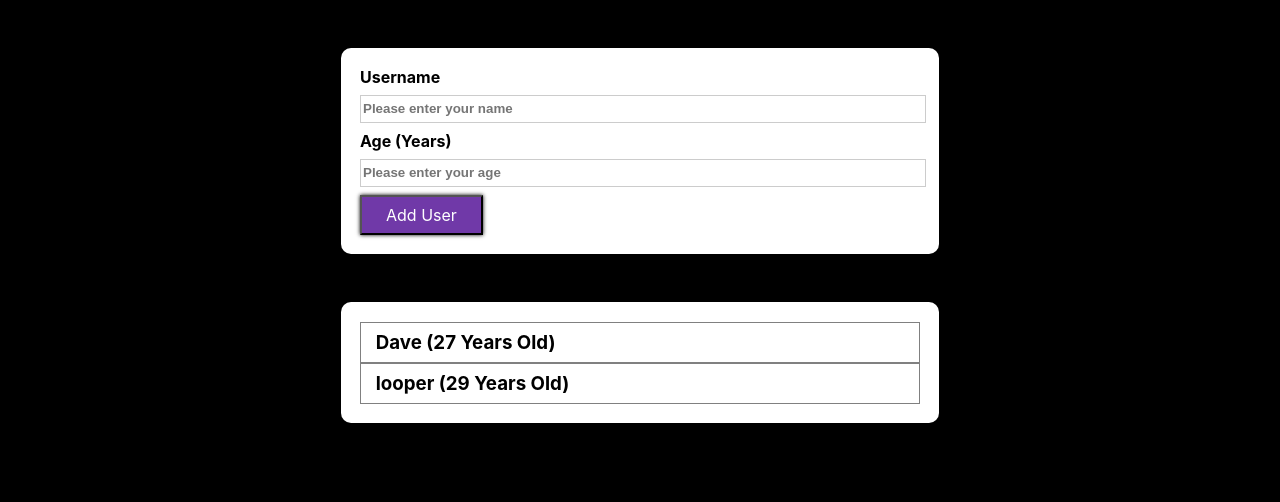
Repository: NamalPathirana/section-eight
Page: /
These files come from the project's save history. The page is drawn as it stood at one moment and after the next save; the edit follows.
The browser window is 1280 px wide. The pictures show the whole page.
The project was rebuilt for these pictures with package versions that can differ from the ones it lists, and the page was loaded fresh each time.

Above is the page before, as saved 2021-11-26 06:19:15.

After the next save:
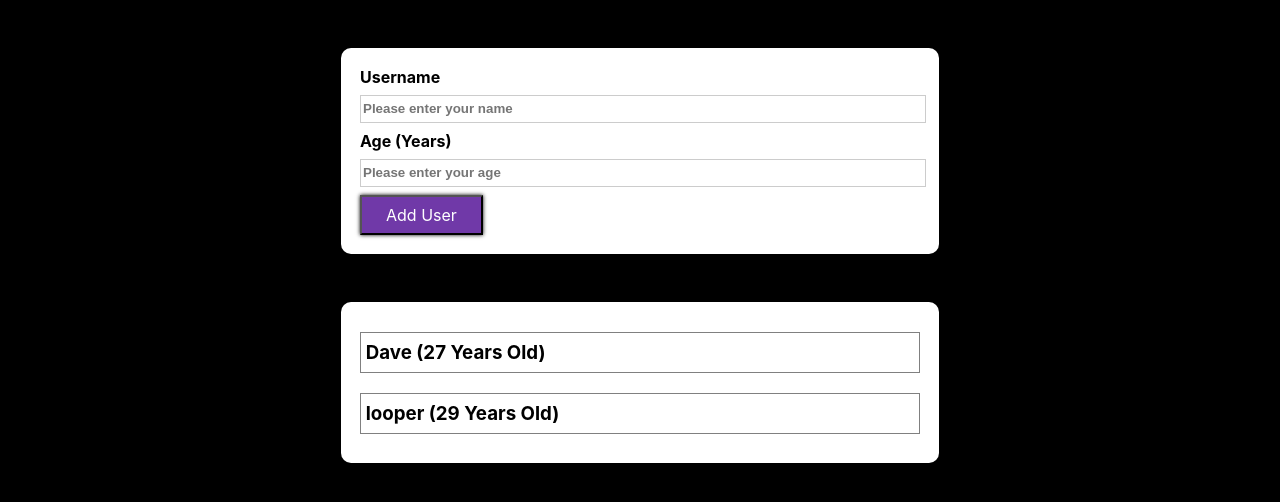
Saved 25 s later.
--- a/src/Components/UserListItem/UserListItem.module.css
+++ b/src/Components/UserListItem/UserListItem.module.css
@@ -2,9 +2,10 @@
     border: 1px solid gray;
     display: block;
     padding: 0.5rem 0.3rem;
+    margin: 10px 0px;
 
 }
 
 .list_item h3{
-    margin: 0px 10px;
+    margin: 0px;
 }
